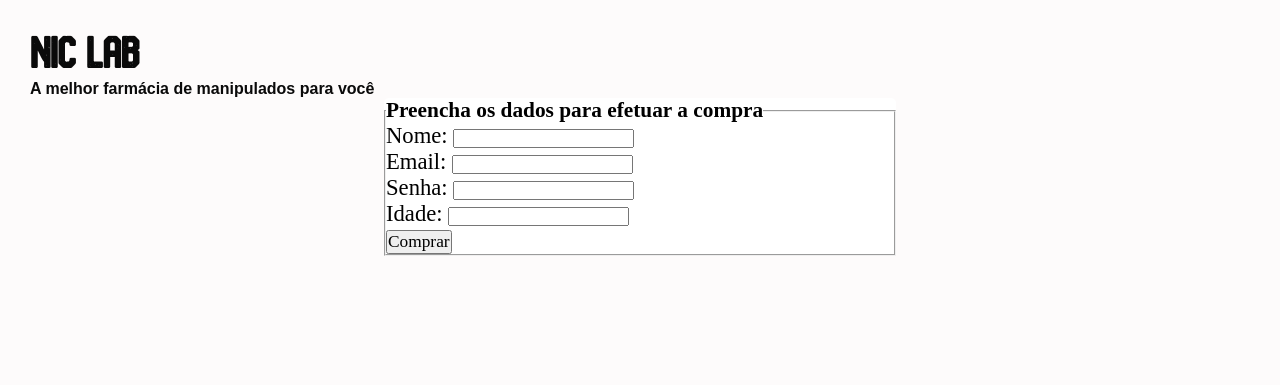
Repository: Leonngc/Lab
Page: comprar.html
These files come from the project's save history. The page is drawn as it stood at one moment and after the next save; the edit follows.
The browser window is 1280 px wide. The pictures show the whole page.

Above is the page before, as saved 2022-12-30 12:22:44.

### comprar.html
<!DOCTYPE html>
<html lang="en">
<head>
    <meta charset="UTF-8">
    <meta http-equiv="X-UA-Compatible" content="IE=edge">
    <meta name="viewport" content="width=device-width, initial-scale=1.0">
    <title>Nic Lab</title>
    <link rel="stylesheet" href="styles/pag-compra.css">
</head>
<body>
    <header id="tit">
        <h1 id="main">NIC LAB</h1>
        <h4 id="sub">A melhor farmácia de manipulados para você</h4>
    </header>
 <div id="formu">

     <form>
         <fieldset>
            <legend><h4>Preencha os dados para efetuar a compra</h4></legend>
            Nome:  <input id="nome" type="text"> <br>
            Email: <input type="email" name="" id="email"> <br>
            Senha: <input type="password" name="" id="senha"> <br>
            Idade: <input type="number" name="idade" id="idade"> <br>
            <input type="button" value="Comprar" id="compra" onclick="comprar()">
         </fieldset>

     </form>
 </div>
<script src="compra.js"></script>
</body>
</html>

### styles/pag-compra.css
@font-face {
    font-family: Safety;
    src: url(../fonts/No\ Safety\ Zone.ttf);
}

*{
    margin: 0;
    padding: 0;
    box-sizing: border-box;
}

header#tit{
    margin-left: 30px;
    margin-top: 30px;
    color: #0a0a0a;


}
h1{
    font-family: Safety;
    font-size: 32pt ;
}
h4#sub{
    font-family:Arial, Helvetica, sans-serif;
    font-size: 12pt;
}
h2#tit2{
    text-align: center;
    font-family: cursive;
}
body{
    background-color: #fdfbfb;
}

div#formu{
    background-color: #ffffff;
    font-size: 17pt;
    text-align: justify;
    margin: auto;
    margin-top: relative;
    width: 40%;
    border-radius: 5px;

}
legend{
    font-size: 16pt;
    font-family: cursive;
}
input#compra{
    position: static;
    font-family: fantasy;
    font-size: 13pt;
}
input#nome{
    text-transform: capitalize;
}

### js/compra.js
function comprar(){
    let nome = document.getElementById('nome').value
    let idade = document.getElementById('idade').value
   if(idade < 18){
    alert('Infelizmente você não pode efetuar sua compra, pois você é menor de idade!')
   }else{
    window.location.href = "confirm.html"
    let res = document.getElementById('res')
    res.innerHTML = `${nome}, sua compra foi confirmada. agradecemos por confiar na <strong>Nic Lab</strong>`
}
}

After the next save:
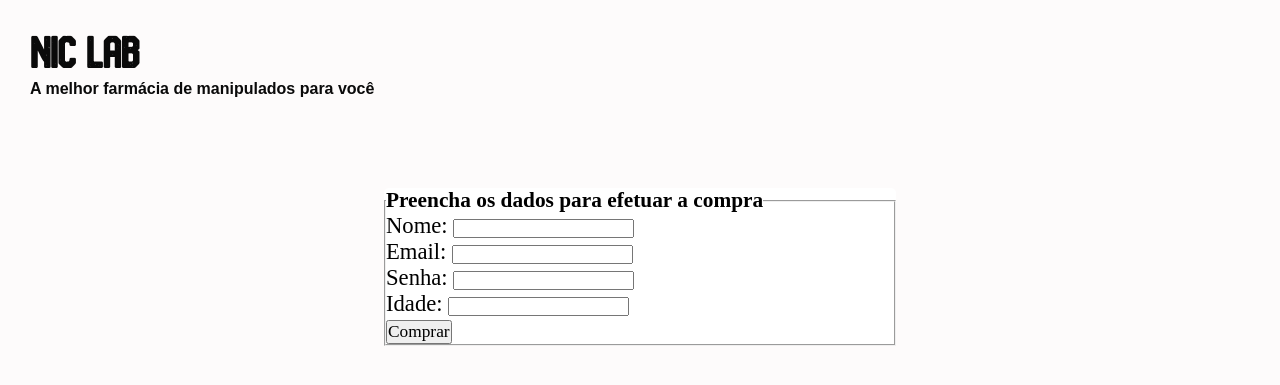
Saved 5 s later.
--- a/styles/pag-compra.css
+++ b/styles/pag-compra.css
@@ -37,7 +37,7 @@ div#formu{
     font-size: 17pt;
     text-align: justify;
     margin: auto;
-    margin-top: relative;
+    margin-top: 90px;
     width: 40%;
     border-radius: 5px;
 
